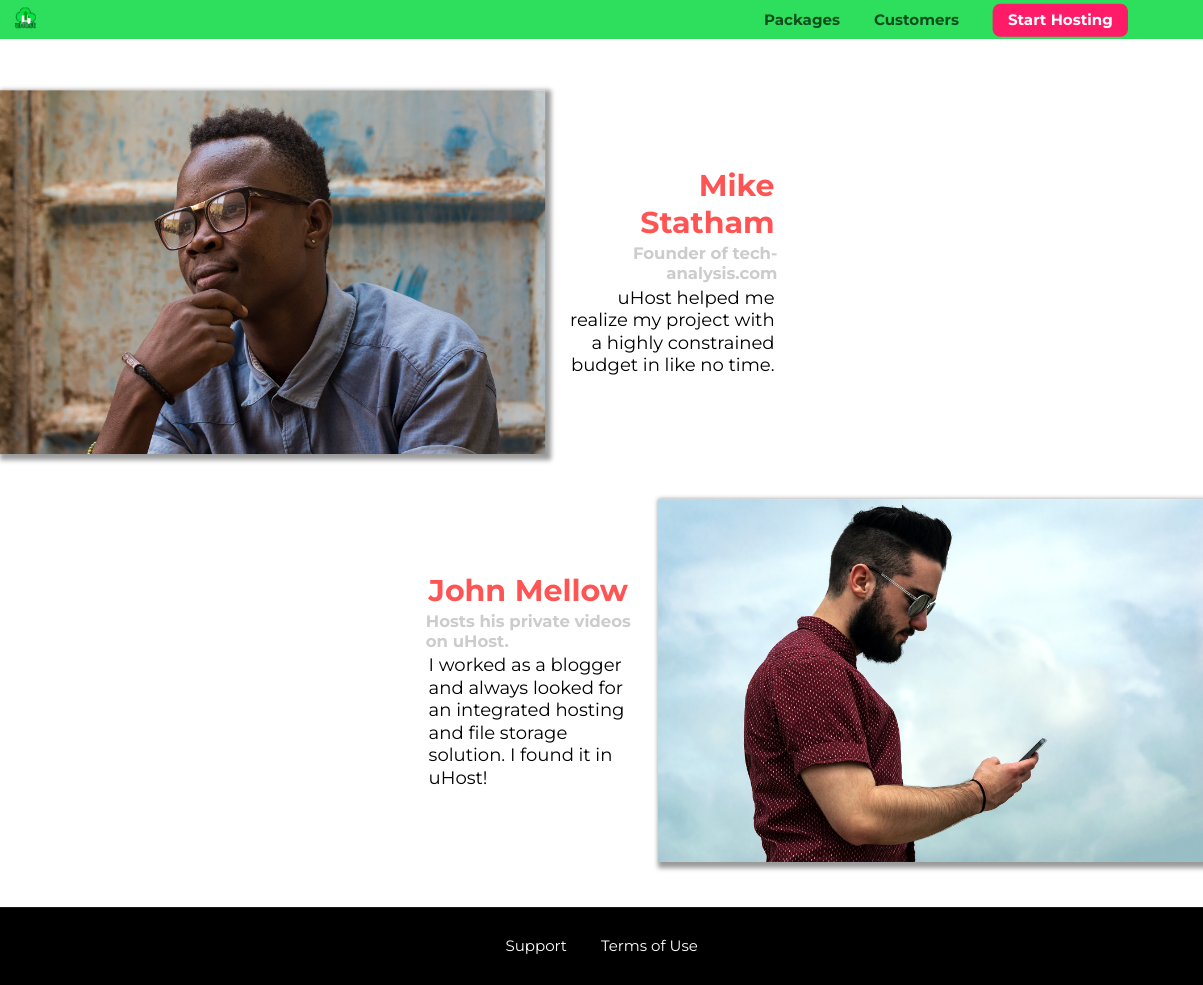
Repository: Nowacki97PL/UdemyCSS
Page: customers/index.html
These files come from the project's save history. The page is drawn as it stood at one moment and after the next save; the edit follows.
The browser window is 1280 px wide. The pictures show the whole page, at 94% of full size.

Above is the page before, as saved 2023-11-18 14:56:08.

### customers/index.html
<!DOCTYPE html>
<html lang="en">

<head>
    <meta charset="UTF-8">
    <meta name="viewport" content="width=device-width, initial-scale=1.0">
    <meta http-equiv="X-UA-Compatible" content="ie=edge">
    <title>uHost Customers</title>
    <link rel="shortcut icon" href="../images/favicon.png">
    <link href="https://fonts.googleapis.com/css?family=Anton|Montserrat:400,700" rel="stylesheet">
    <link rel="stylesheet" href="customers.css">
    <link rel="stylesheet" href="../shared.css">
    <link rel="stylesheet" href="../main.css">
</head>

<body>
    <div class="backdrop"></div>
    <header class="main-header">
        <div>
            <a href="../index.html" class="main-header__brand">
                <img src="../images/uhost-icon.png" alt="logo">
            </a>
        </div>
        <nav class="main-nav">
            <ul class="main-nav__items">
                <li class="main-nav__item">
                    <a href="packages/index.html">Packages</a>
                </li>
                <li class="main-nav__item">
                    <a href="customers/index.html">Customers</a>
                </li>
                <li class="main-nav__item main-nav__item--cta">
                    <a href="start-hosting/index.html">Start Hosting</a>
                </li>
            </ul>
        </nav>
    </header>

    <main>
        <div>
            <div class="testimonial" id="customer-1">
                <div class="testimonial__image-container">
                    <img src="../images/customer-1.jpg" alt="Mike Statham - Customer" class="testimonial__image">
                </div>
                <div class="testimonial__info">
                    <h1 class="testimonial__name">Mike Statham</h1>
                    <h2 class="testimonial__subtitle">Founder of
                        <a href="tech-analysis.com">tech-analysis.com</a>
                    </h2>
                    <p class="testimonial__text">uHost helped me realize my project with a highly constrained budget in like no time.</p>
                </div>
            </div>
            <div class="testimonial" id="customer-2">

                <div class="testimonial__info">
                    <h1 class="testimonial__name">John Mellow</h1>
                    <h2 class="testimonial__subtitle">Hosts his private videos on uHost.
                    </h2>
                    <p class="testimonial__text">I worked as a blogger and always looked for an integrated hosting and file storage solution. I found
                        it in uHost!
                    </p>
                </div>
                <div class="testimonial__image-container">
                    <img src="../images/customer-2.jpg" alt="John Mellow - Customer" class="testimonial__image">
                </div>
            </div>
        </div>
    </main>
    <footer class="main-footer">
        <nav>
            <ul class="main-footer__links">
                <li class="main-footer__link">
                    <a href="#">Support</a>
                </li>
                <li class="main-footer__link">
                    <a href="#">Terms of Use</a>
                </li>
            </ul>
        </nav>
    </footer>
</body>

</html>

### customers/customers.css
.testimonial {
    font-size: 1.2rem;
    margin: 3rem 0;
  }

  .testimonial__list {
    width: 80%;
    margin: auto;
  }

  .testimonial:first-of-type {
    margin-top: 96px;
  }

  .testimonial__image-container {
    width: 65%;
    max-width: 580px;
    display: inline-block;
    vertical-align: middle;
    box-shadow: 3px 3px 5px 3px rgba(0, 0,  0, 0.4);
  }

  .testimonial__image {
    width: 100%;
    vertical-align: top;
  }

  .testimonial__info {
    text-align: right;
    padding: 14px;
    display: inline-block;
    vertical-align: middle;
    width: 20%;
  }

  #customer-2.testimonial {
    text-align: right;
  }

  #customer-2 .testimonial__info {
    text-align: left;
  }

  .testimonial__name {
    margin: 3px;
    color: #ff5454;
    font-size: 2rem;
  }

  .testimonial__subtitle {
    margin: 0;
    font-size: 1.1rem;
    color: #ccc;
  }

  .testimonial__subtitle a {
    color: inherit;
    text-decoration: none;
  }

  .testimonial__subtitle a:hover,
  .testimonial__subtitle a:active {
    color: #7a7a7a;
  }

  .testimonial__text {
    margin: 3px;
  }

### shared.css
* {
    box-sizing: border-box;
}

body {
    font-family: 'Montserrat', sans-serif;
    margin: 0;
}

.backdrop {
    position: fixed;
    top: 0;
    left: 0;
    display: none;
    z-index: 100;
    width: 100%;
    height: 100%;
    background: rgba(0, 0, 0, 0.5);
}

.main-header {
    width: 100%;
    position: fixed;
    top: 0;
    left: 0;
    background: #2ddf5c;
    padding: 8px 16px;
    z-index: 1;
}

.main-header > div {
    display: inline-block;
    vertical-align: middle;
}

.main-header__brand {
    color: #0e4f1f;
    text-decoration: none;
    font-weight: bold;
    font-size: 22px;
    display: inline-block;
    height: 22px;
}

.main-header__brand img {
    height: 22px;
}

.main-nav {
    display: inline-block;
    text-align: right;
    width: calc(100% - 74px);
    vertical-align: middle;
}

.main-nav__items {
    margin: 0;
    padding: 0;
    list-style: none;
}

.main-nav__item {
    display: inline-block;
    margin: 0 16px;
}

.main-nav__item a {
    text-decoration: none;
    color: #0e4f1f;
    font-weight: bold;
    padding: 3px 0;
}

.main-nav__item a:hover,
.main-nav__item a:active {
    color: white;
    border-bottom: 5px solid white;
}

.main-nav__item--cta a {
    color: white;
    background: #ff1b68;
    padding: 8px 16px;
    border-radius: 8px;
}

.main-nav__item--cta a:hover,
.main-nav__item--cta a:active {
    color: #ff1b68;
    background: white;
    border: none;
}

.main-footer {
    background: black;
    padding: 32px;
    margin-top: 48px;
}

.main-footer__links {
    list-style: none;
    margin: 0;
    padding: 0;
    text-align: center;
}

.main-footer__link {
    display: inline-block;
    margin: 0 16px;
}

.main-footer__link a {
    color: white;
    text-decoration: none;
}

.main-footer__link a:hover,
.main-footer__link a:active {
    color: #ccc;
}

.button {
    background: #0e4f1f;
    color: white;
    font: inherit;
    border: 1.5px solid #0e4f1f;
    padding: 8px;
    border-radius: 8px;
    font-weight: bold;
    cursor: pointer;
}

.button:hover,
.button:active {
    background: white;
    color: #0e4f1f;
}

.button:focus {
    outline: none;
}

### main.css


#product-overview {
    background: url("images/freedom.jpg") left 10% bottom 80%/cover no-repeat border-box;
    width: 100%;
    height: 528px;
    padding: 10px;
    position: relative;
}

.section-title {
    color: #2ddf5c;
    text-align: center;
}

#product-overview h1 {
    color: white;
    font-family: 'Anton', sans-serif;
    position: absolute;
    bottom: 5%;
    left: 3%;
}

.plan__list {
    width: 80%;
    margin: auto;
    text-align: center;
}

.plan {
    background: #d5ffdc;
    text-align: center;
    padding: 16px;
    margin: 8px;
    display: inline-block;
    width: 30%;
    vertical-align: middle;
    border-radius: 10px;
}

.plan--highlighted {
    border-radius: 10px;
    background: #19b84c;
    color: white;
    box-shadow: 3px 3px 5px 3px rgba(0, 0, 0, 0.5);
}

.plan__annotation {
    background: white;
    color: #19b84c;
    padding: 8px;
    box-shadow: 2px 2px 2px 2px rgba(0, 0, 0, 0.5);
    border-radius: 8px;
}

.plan__title {
    color: #0e4f1f;
}

.plan__price {
    color: #858585;
}

.plan--highlighted .plan__title {
    color: white;
}

.plan--highlighted .plan__price {
    color: #0e4f1f;
}

.plan__features {
    list-style: none;
    margin: 0;
    padding: 0;
}

.plan__feature {
    margin: 8px 0;
}

#key-features {
    background: #ff1b68;
    margin-top: 80px;
    padding: 16px;
}

#key-features .section-title {
    color: white;
    margin: 32px;
}

.key-feature__list {
    list-style: none;
    margin: 0;
    padding: 0;
    text-align: center;
}

.key-feature {
    display: inline-block;
    width: 30%;
    vertical-align: top;
}

.key-feature__image {
    background: #ffcede;
    width: 128px;
    height: 128px;
    border: 2px solid #424242;
    border-radius: 50%;
    margin: auto;
    padding: 20px;
}

.key-feature__description {
    text-align: center;
    font-weight: bold;
    color: white;
    font-size: 20px;
}

/* h1 {
    font-family: sans-serif;
} */

After the next save:
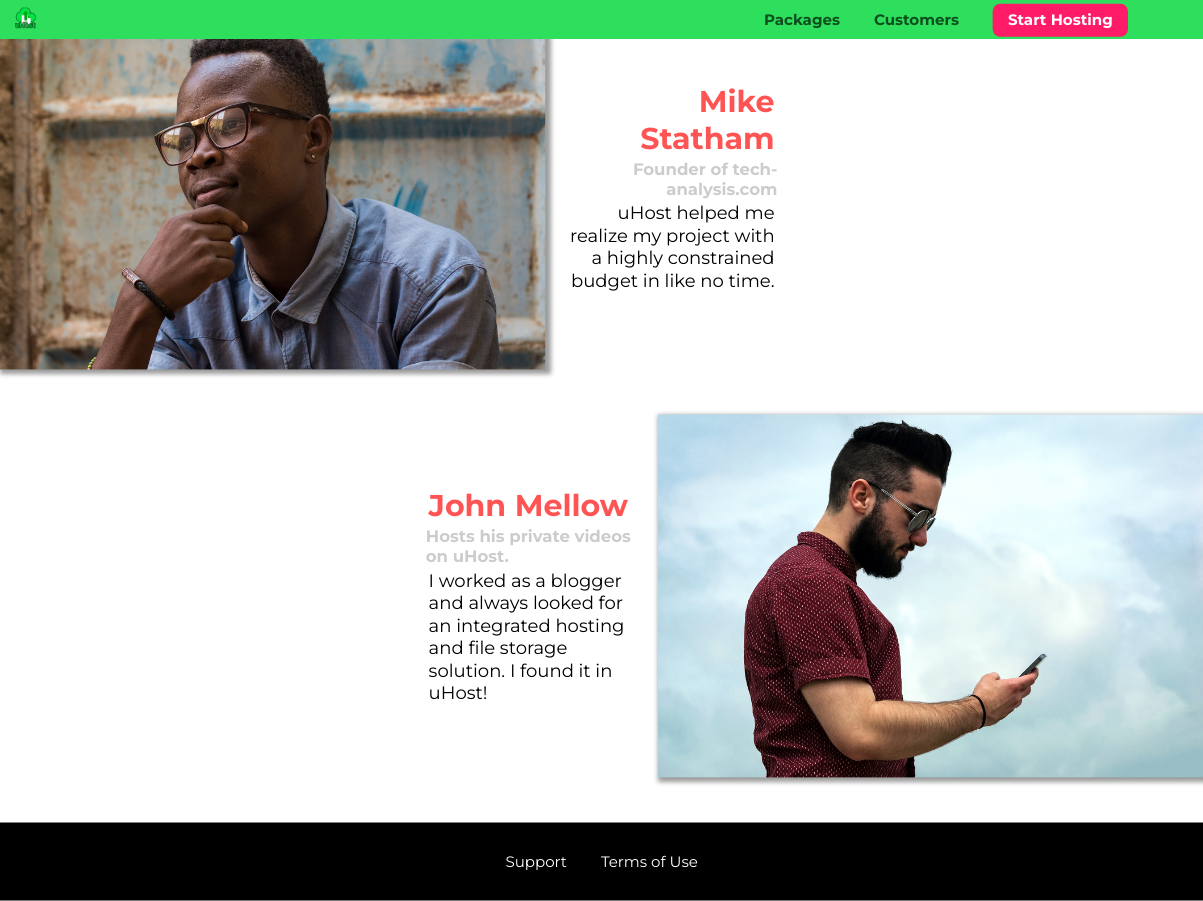
Saved 17 s later.
--- a/customers/customers.css
+++ b/customers/customers.css
@@ -9,7 +9,7 @@
   }
 
   .testimonial:first-of-type {
-    margin-top: 96px;
+    margin-top: 6px;
   }
 
   .testimonial__image-container {

After the save that followed:
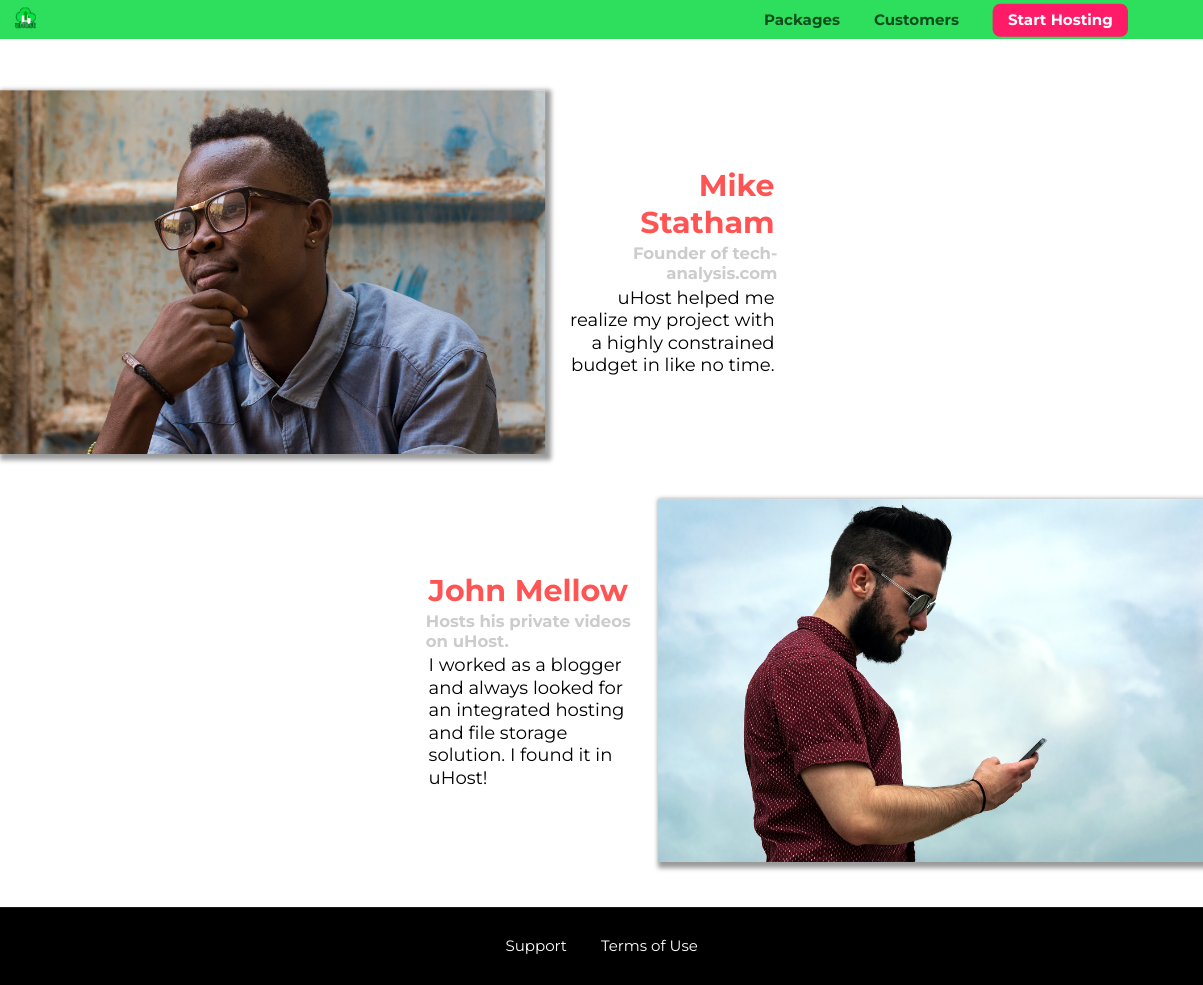
Saved 6 s later.
--- a/customers/customers.css
+++ b/customers/customers.css
@@ -9,7 +9,7 @@
   }
 
   .testimonial:first-of-type {
-    margin-top: 6px;
+    margin-top: 6rem ;
   }
 
   .testimonial__image-container {
